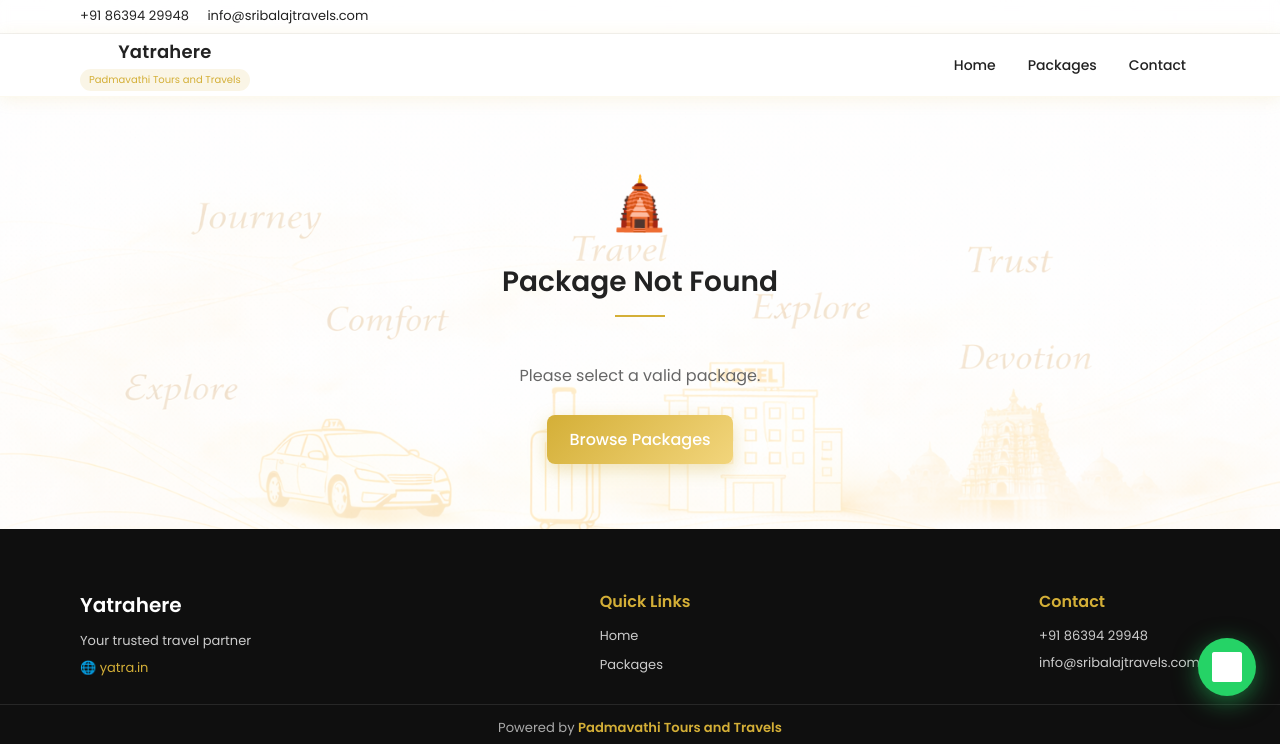
Repository: heytirupati/Bookingweb
Page: package.html
An editor plug-in stored every save of this project. The page is shown before and after the next save, followed by the edit.
The browser window is 1280 px wide. The pictures show the whole page.
Backgrounds fixed to the window are drawn as part of the page. Some web fonts or font styles are not loaded; a fallback is used.

Above is the page before, as saved 2026-04-29 09:11:01.

After the next save:
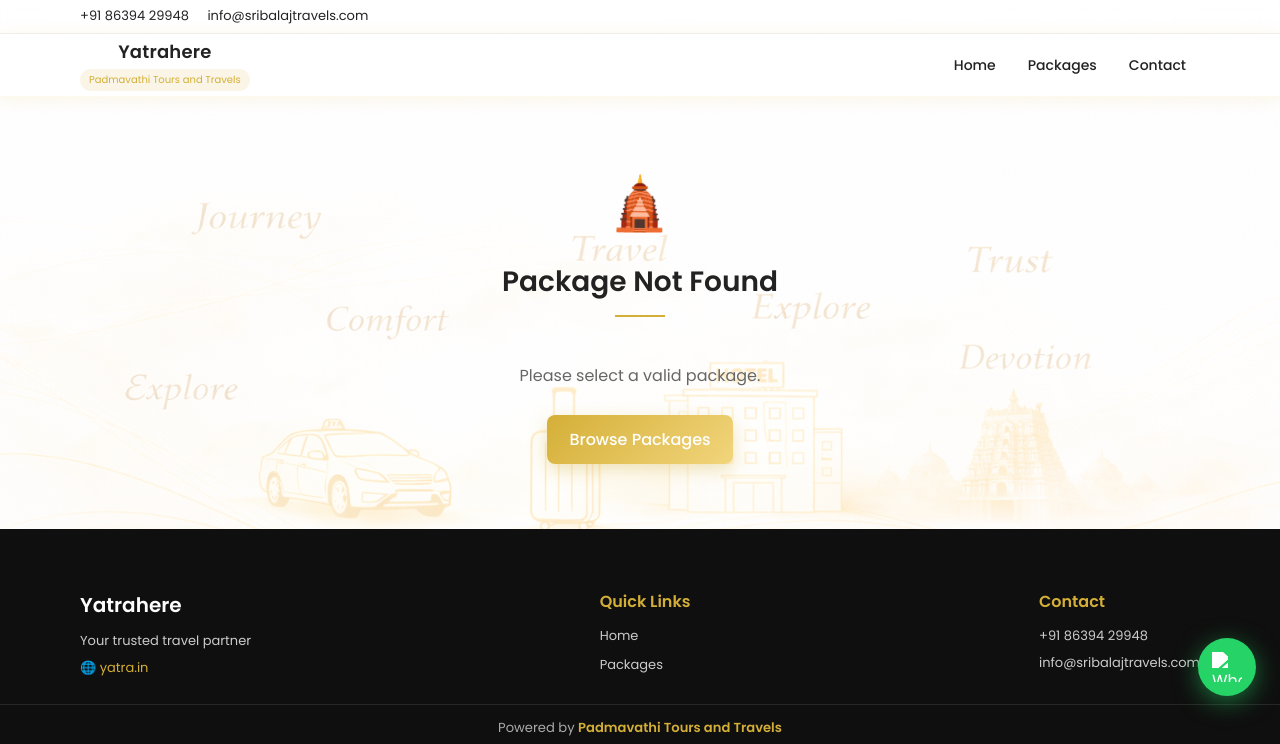
Saved 6 min 36 s later.
--- a/package.html
+++ b/package.html
@@ -77,7 +77,7 @@
 
 <!-- WHATSAPP -->
 <a href="https://wa.me/918639429948" class="whatsapp-float" target="_blank" aria-label="Chat on WhatsApp">
-    <img src="images/whatsapplogo.png" alt="WhatsApp">
+    <img src="" alt="WhatsApp">
 </a>
 
 <!-- FOOTER -->

After the save that followed:
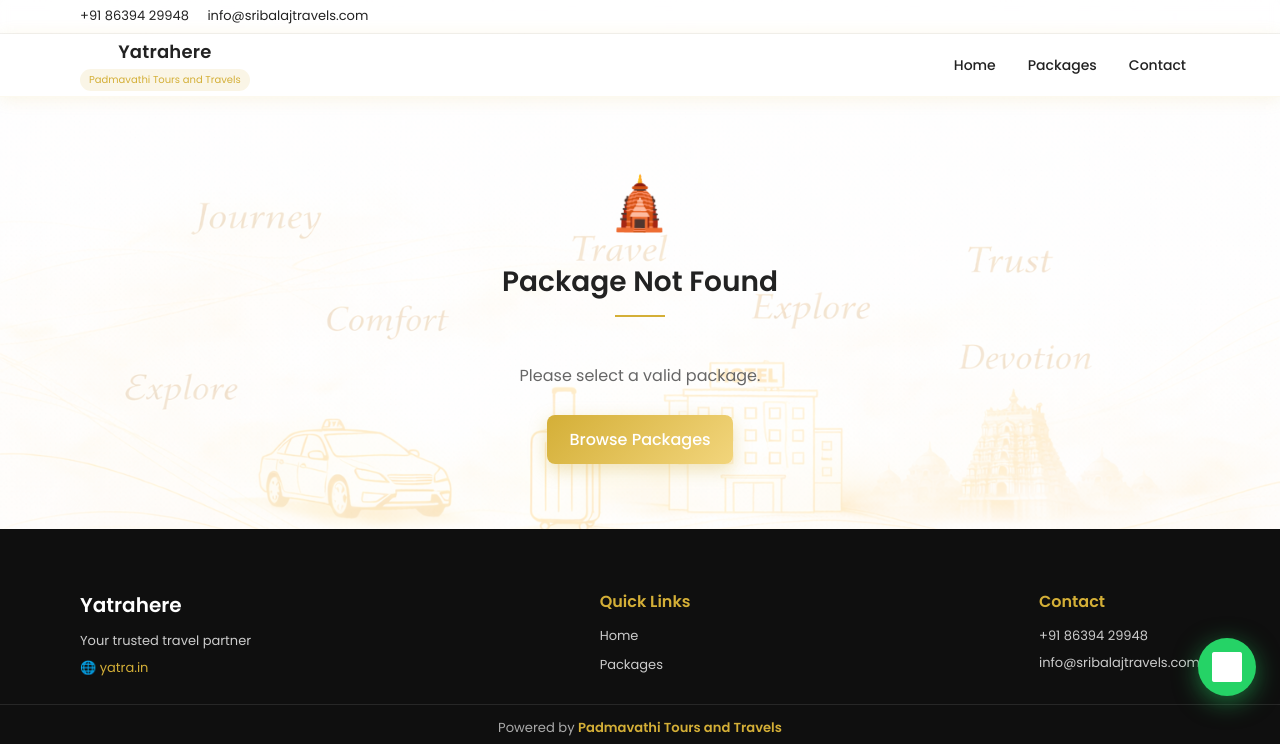
Saved 58 s later.
--- a/package.html
+++ b/package.html
@@ -77,7 +77,7 @@
 
 <!-- WHATSAPP -->
 <a href="https://wa.me/918639429948" class="whatsapp-float" target="_blank" aria-label="Chat on WhatsApp">
-    <img src="" alt="WhatsApp">
+    <img src="images/whatsapplogo.png" alt="WhatsApp">
 </a>
 
 <!-- FOOTER -->
